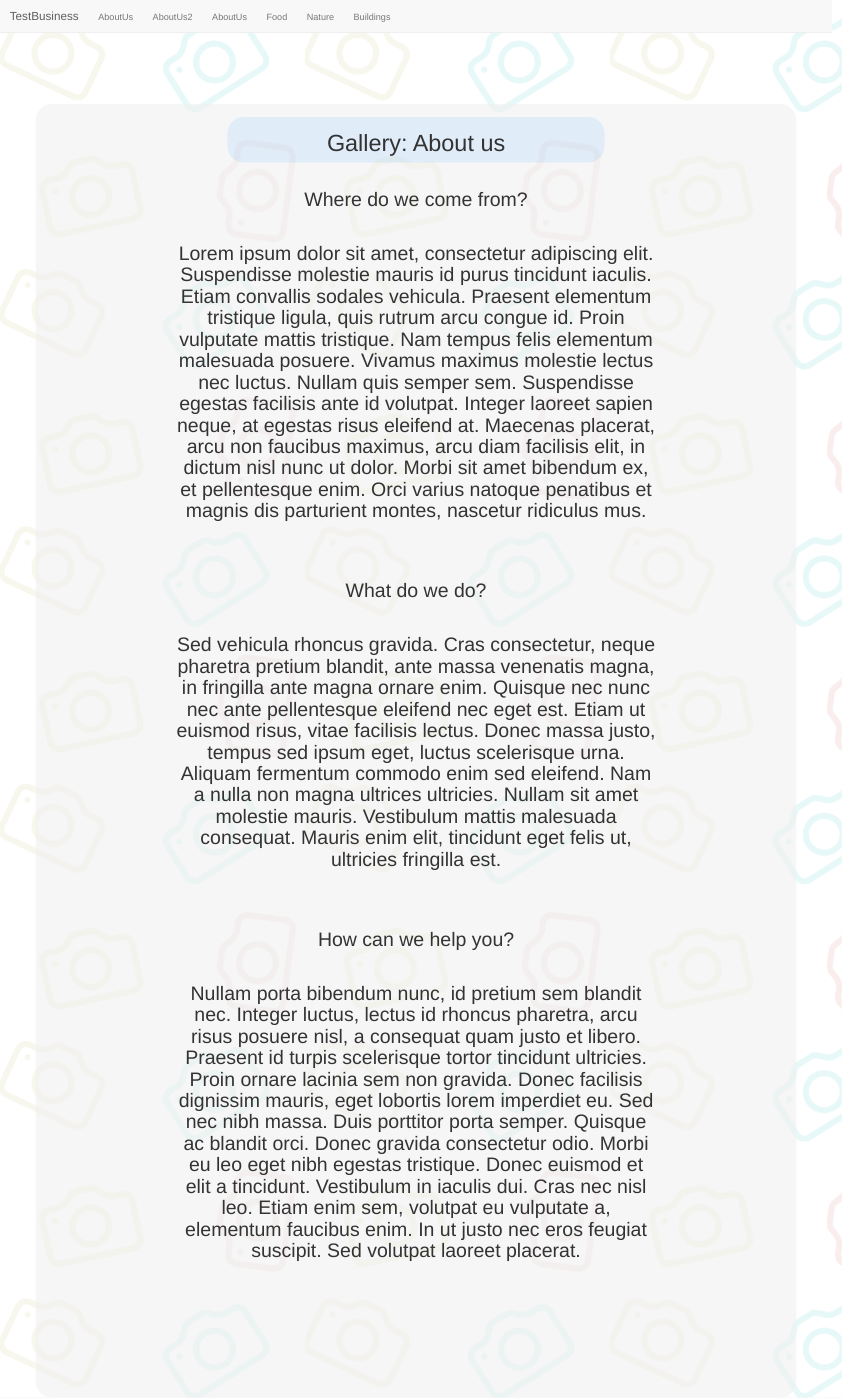
Repository: TheJot/MDEProject
Page: http://localhost/src-gen/AboutUs.php
These files come from the project's save history. The page is drawn as it stood at one moment and after the next save; the edit follows.
The browser window is 1280 px wide. The page is 1295 px wide, so the pictures cover 1295 px, including what lies to the right of the window. The pictures show the whole page, at 65% of full size.
Some web libraries are served in a nearby version. The page is run by PHP 8.4 with error messages shown; the project is at /var/www/html/.

Above is the page before, as saved 2021-07-02 07:48:16.

### runtimeEclipse/TestGenerateMe/src-gen/AboutUs.php
<?php
include('header.php');
?>


<div class="row"><br><br><br><br><br><br><br></div>
<div class="container">




    <div class="row" style="display: flex; align-items: center;">
        <div class="col-sm-3"></div>
        <div class="col-sm-6 title"> <center><h1>Gallery: About us</h1></center></div>
        <div class="col-sm-3"></div>
    </div>


    <div class="row" style="display: flex; align-items: center;">
        <div class="col-sm-2 "></div>
        <div class="col-sm-8 ">
            <br>
            <center>
		<h2>Where do we come from?</h2><br><h2>Lorem ipsum dolor sit amet, consectetur adipiscing elit. Suspendisse molestie mauris id purus tincidunt iaculis. Etiam convallis sodales vehicula. Praesent elementum tristique ligula, quis rutrum arcu congue id. Proin vulputate mattis tristique. Nam tempus felis elementum malesuada posuere. Vivamus maximus molestie lectus nec luctus. Nullam quis semper sem. Suspendisse egestas facilisis ante id volutpat. Integer laoreet sapien neque, at egestas risus eleifend at. Maecenas placerat, arcu non faucibus maximus, arcu diam facilisis elit, in dictum nisl nunc ut dolor. Morbi sit amet bibendum ex, et pellentesque enim. Orci varius natoque penatibus et magnis dis parturient montes, nascetur ridiculus mus.</h2><br><br><br>
		<h2>What do we do?</h2><br><h2>Sed vehicula rhoncus gravida. Cras consectetur, neque pharetra pretium blandit, ante massa venenatis magna, in fringilla ante magna ornare enim. Quisque nec nunc nec ante pellentesque eleifend nec eget est. Etiam ut euismod risus, vitae facilisis lectus. Donec massa justo, tempus sed ipsum eget, luctus scelerisque urna. Aliquam fermentum commodo enim sed eleifend. Nam a nulla non magna ultrices ultricies. Nullam sit amet molestie mauris. Vestibulum mattis malesuada consequat. Mauris enim elit, tincidunt eget felis ut, ultricies fringilla est.</h2><br><br><br>
		<h2>How can we help you?</h2><br><h2>Nullam  porta bibendum nunc, id pretium sem blandit nec. Integer luctus, lectus id rhoncus pharetra, arcu risus posuere nisl, a consequat quam justo et libero. Praesent id turpis scelerisque tortor tincidunt ultricies. Proin ornare lacinia sem non gravida. Donec facilisis dignissim mauris, eget lobortis lorem imperdiet eu. Sed nec nibh massa. Duis porttitor porta semper. Quisque ac blandit orci. Donec gravida consectetur odio. Morbi eu leo eget nibh egestas tristique. Donec euismod et elit a tincidunt. Vestibulum in iaculis dui. Cras nec nisl leo. Etiam enim sem, volutpat eu vulputate a, elementum faucibus enim. In ut justo nec eros feugiat suscipit. Sed volutpat laoreet placerat.</h2><br><br><br>
            </center>

        </div>
        <div class="col-sm-2 "></div>
    </div>

<br><br><br><br><br><br>
</div>
</div>
</body>
</html>

### runtimeEclipse/TestGenerateMe/src-gen/header.php
<!-- Shared header containing the menu bar -->
<!DOCTYPE html>
<html lang="en">
<head>
    <title>TestBusiness</title>
    <meta charset="utf-8">
    <meta name="viewport" content="width=device-width, initial-scale=1">

    <!-- Bootstrap stylesheets and includes -->
    <link rel="stylesheet" href="https://maxcdn.bootstrapcdn.com/bootstrap/3.4.1/css/bootstrap.min.css">
    <script src="https://ajax.googleapis.com/ajax/libs/jquery/3.5.1/jquery.min.js"></script>
    <script src="https://maxcdn.bootstrapcdn.com/bootstrap/3.4.1/js/bootstrap.min.js"></script>
    <link rel="stylesheet" href="https://cdn.jsdelivr.net/npm/bootstrap-icons@1.3.0/font/bootstrap-icons.css">
    <script src="https://cdnjs.cloudflare.com/ajax/libs/popper.js/1.14.3/umd/popper.min.js" integrity="sha384-ZMP7rVo3mIykV+2+9J3UJ46jBk0WLaUAdn689aCwoqbBJiSnjAK/l8WvCWPIPm49" crossorigin="anonymous"></script>

</head>

<body>

<!-- Navbar -->
<nav class="navbar navbar-default navbar-fixed-top">
    <div class="container-fluid">
        <div class="navbar-header">
            <a class="navbar-brand" href="index.php">TestBusiness</a>
        </div>
        <div class="collapse navbar-collapse" id="navbar">
            <ul class="nav navbar-nav">
                <?php
                include('menu.php');
                ?>

            </ul>

        </div>
    </div>
</nav>
</div>

<!-- Top spacer -->

<div class="row" >
    <br>

</div>

<!-- Custom global stylesheets -->
<style>
    .btn-group-xs > .btn, .btn-xs {
        padding: .45rem .6rem;
        font-size: 1.25rem;
        line-height: 1.2;
        border-radius: .2rem;
    }
    body{
        background-image: url("images/bg.png");
        overflow-x: hidden;
    }

    .container{
        border-radius: 25px;
        padding: 20px;
        background: rgba(240, 240, 240, 0.6);
    }

    .title{
        border-radius: 25px 25px 25px 25px;
        background: rgba(30,144,255, 0.1);
    }


    textarea {
        overflow-y: scroll;
        resize: none;
    }

</style>

### runtimeEclipse/TestGenerateMe/src-gen/menu.php
<li><a href="AboutUs.php">AboutUs</a></li>
<li><a href="AboutUs2.php">AboutUs2</a></li>
<li><a href="AboutUs.php">AboutUs</a></li>
<li><a href="Food.php">Food</a></li>
<li><a href="Nature.php">Nature</a></li>
<li><a href="Buildings.php">Buildings</a></li>

After the next save:
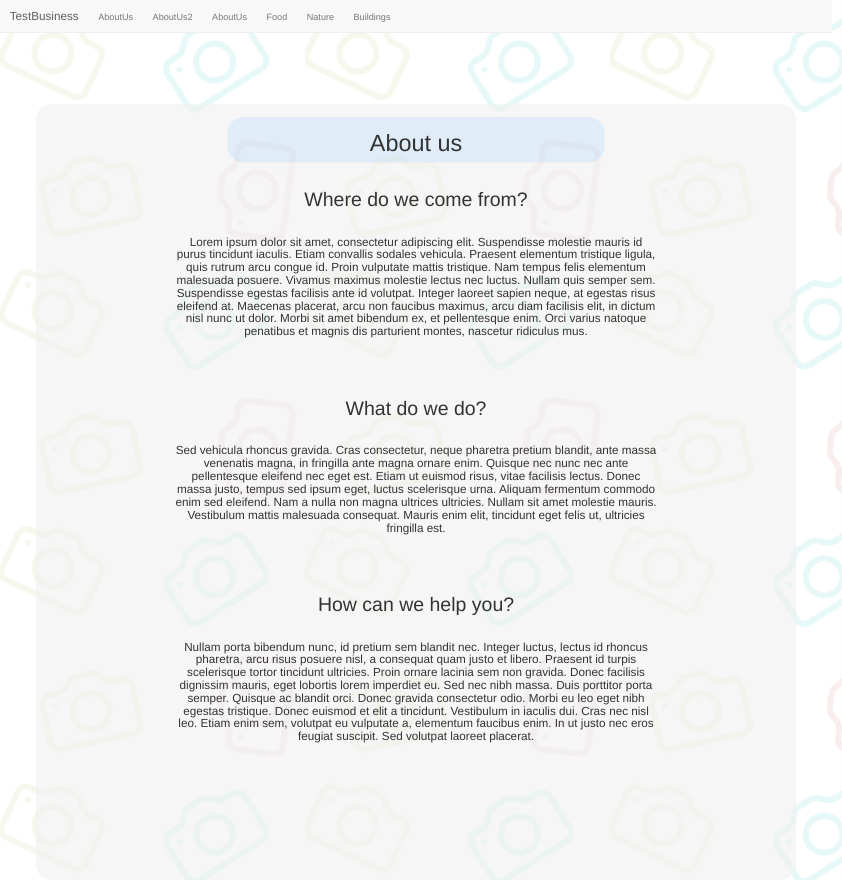
Saved 2 min 35 s later.
--- a/runtimeEclipse/TestGenerateMe/src-gen/AboutUs.php
+++ b/runtimeEclipse/TestGenerateMe/src-gen/AboutUs.php
@@ -11,7 +11,7 @@ include('header.php');
 
     <div class="row" style="display: flex; align-items: center;">
         <div class="col-sm-3"></div>
-        <div class="col-sm-6 title"> <center><h1>Gallery: About us</h1></center></div>
+        <div class="col-sm-6 title"> <center><h1>About us</h1></center></div>
         <div class="col-sm-3"></div>
     </div>
 
@@ -21,9 +21,9 @@ include('header.php');
         <div class="col-sm-8 ">
             <br>
             <center>
-		<h2>Where do we come from?</h2><br><h2>Lorem ipsum dolor sit amet, consectetur adipiscing elit. Suspendisse molestie mauris id purus tincidunt iaculis. Etiam convallis sodales vehicula. Praesent elementum tristique ligula, quis rutrum arcu congue id. Proin vulputate mattis tristique. Nam tempus felis elementum malesuada posuere. Vivamus maximus molestie lectus nec luctus. Nullam quis semper sem. Suspendisse egestas facilisis ante id volutpat. Integer laoreet sapien neque, at egestas risus eleifend at. Maecenas placerat, arcu non faucibus maximus, arcu diam facilisis elit, in dictum nisl nunc ut dolor. Morbi sit amet bibendum ex, et pellentesque enim. Orci varius natoque penatibus et magnis dis parturient montes, nascetur ridiculus mus.</h2><br><br><br>
-		<h2>What do we do?</h2><br><h2>Sed vehicula rhoncus gravida. Cras consectetur, neque pharetra pretium blandit, ante massa venenatis magna, in fringilla ante magna ornare enim. Quisque nec nunc nec ante pellentesque eleifend nec eget est. Etiam ut euismod risus, vitae facilisis lectus. Donec massa justo, tempus sed ipsum eget, luctus scelerisque urna. Aliquam fermentum commodo enim sed eleifend. Nam a nulla non magna ultrices ultricies. Nullam sit amet molestie mauris. Vestibulum mattis malesuada consequat. Mauris enim elit, tincidunt eget felis ut, ultricies fringilla est.</h2><br><br><br>
-		<h2>How can we help you?</h2><br><h2>Nullam  porta bibendum nunc, id pretium sem blandit nec. Integer luctus, lectus id rhoncus pharetra, arcu risus posuere nisl, a consequat quam justo et libero. Praesent id turpis scelerisque tortor tincidunt ultricies. Proin ornare lacinia sem non gravida. Donec facilisis dignissim mauris, eget lobortis lorem imperdiet eu. Sed nec nibh massa. Duis porttitor porta semper. Quisque ac blandit orci. Donec gravida consectetur odio. Morbi eu leo eget nibh egestas tristique. Donec euismod et elit a tincidunt. Vestibulum in iaculis dui. Cras nec nisl leo. Etiam enim sem, volutpat eu vulputate a, elementum faucibus enim. In ut justo nec eros feugiat suscipit. Sed volutpat laoreet placerat.</h2><br><br><br>
+		<h2>Where do we come from?</h2><br><h4>Lorem ipsum dolor sit amet, consectetur adipiscing elit. Suspendisse molestie mauris id purus tincidunt iaculis. Etiam convallis sodales vehicula. Praesent elementum tristique ligula, quis rutrum arcu congue id. Proin vulputate mattis tristique. Nam tempus felis elementum malesuada posuere. Vivamus maximus molestie lectus nec luctus. Nullam quis semper sem. Suspendisse egestas facilisis ante id volutpat. Integer laoreet sapien neque, at egestas risus eleifend at. Maecenas placerat, arcu non faucibus maximus, arcu diam facilisis elit, in dictum nisl nunc ut dolor. Morbi sit amet bibendum ex, et pellentesque enim. Orci varius natoque penatibus et magnis dis parturient montes, nascetur ridiculus mus.</h4><br><br><br>
+		<h2>What do we do?</h2><br><h4>Sed vehicula rhoncus gravida. Cras consectetur, neque pharetra pretium blandit, ante massa venenatis magna, in fringilla ante magna ornare enim. Quisque nec nunc nec ante pellentesque eleifend nec eget est. Etiam ut euismod risus, vitae facilisis lectus. Donec massa justo, tempus sed ipsum eget, luctus scelerisque urna. Aliquam fermentum commodo enim sed eleifend. Nam a nulla non magna ultrices ultricies. Nullam sit amet molestie mauris. Vestibulum mattis malesuada consequat. Mauris enim elit, tincidunt eget felis ut, ultricies fringilla est.</h4><br><br><br>
+		<h2>How can we help you?</h2><br><h4>Nullam porta bibendum nunc, id pretium sem blandit nec. Integer luctus, lectus id rhoncus pharetra, arcu risus posuere nisl, a consequat quam justo et libero. Praesent id turpis scelerisque tortor tincidunt ultricies. Proin ornare lacinia sem non gravida. Donec facilisis dignissim mauris, eget lobortis lorem imperdiet eu. Sed nec nibh massa. Duis porttitor porta semper. Quisque ac blandit orci. Donec gravida consectetur odio. Morbi eu leo eget nibh egestas tristique. Donec euismod et elit a tincidunt. Vestibulum in iaculis dui. Cras nec nisl leo. Etiam enim sem, volutpat eu vulputate a, elementum faucibus enim. In ut justo nec eros feugiat suscipit. Sed volutpat laoreet placerat.</h4><br><br><br>
             </center>
 
         </div>
